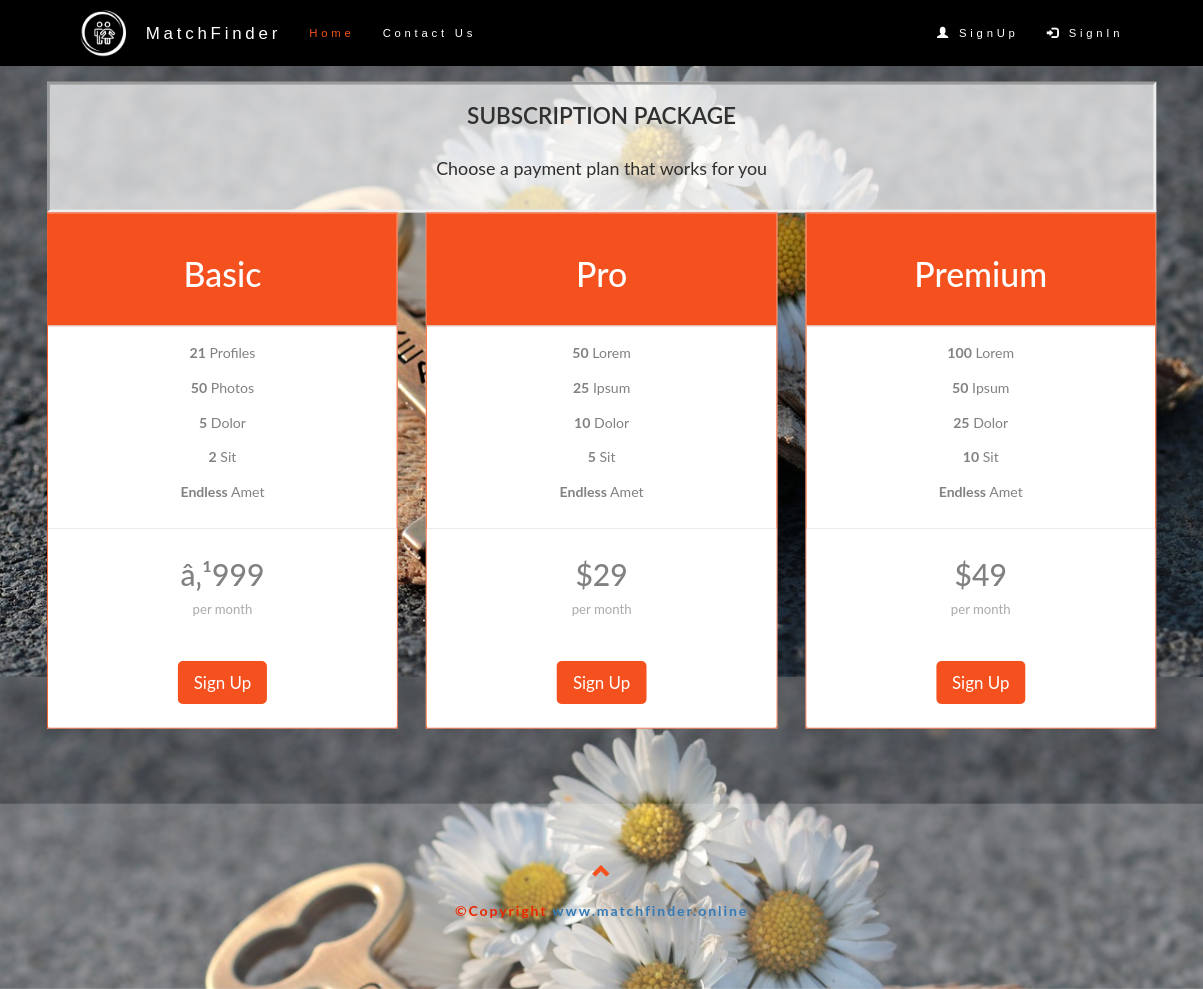
Repository: vibhu95/MatchFinder
Page: http://localhost/MatchFinder/package.jsp
The author's editor kept a copy of each file at every save. The page is drawn from the files as they stood at one save, then again after the next save.
The browser window is 1280 px wide. The pictures show the whole page, at 94% of full size.
Backgrounds fixed to the window are drawn as part of the page. Some web libraries are served in a nearby version. The page is served by Tomcat 9. Other server files are loaded and not shown.

Above is the page before, as saved 2018-01-31 19:43:48.

### workspace/MatchFinder/WebContent/package.jsp
<%@ page language="java" contentType="text/html; charset=ISO-8859-1"
    pageEncoding="ISO-8859-1"%>
    <%@page import="javax.servlet.http.*" %>
<%@page import="com.classes.*" %>
<%@page import="com.controller.*" %>
<%@include file="header.jsp" %>

<!-- Container (Pricing Section) -->
<div id="pricing" class="container-fluid">
  <div style="background-color: rgba(255,255,255,0.7); border-style: inset;" class="text-center">
    <h2>Subscription Package</h2>
    <h4>Choose a payment plan that works for you</h4>
  </div>
  <div class="row slideanim">
    <div class="col-sm-4 col-xs-12">
      <div class="panel panel-default text-center">
        <div class="panel-heading">
          <h1>Basic</h1>
        </div>
        <div class="panel-body">
          <p><strong>21</strong> Profiles</p>
          <p><strong>50</strong> Photos</p>
          <p><strong>5</strong> Dolor</p>
          <p><strong>2</strong> Sit</p>
          <p><strong>Endless</strong> Amet</p>
        </div>
        <div class="panel-footer">
          <h3>₹999</h3>
          <h4>per month</h4>
          <button class="btn btn-lg">Sign Up</button>
        </div>
      </div>
    </div>
    <div class="col-sm-4 col-xs-12">
      <div class="panel panel-default text-center">
        <div class="panel-heading">
          <h1>Pro</h1>
        </div>
        <div class="panel-body">
          <p><strong>50</strong> Lorem</p>
          <p><strong>25</strong> Ipsum</p>
          <p><strong>10</strong> Dolor</p>
          <p><strong>5</strong> Sit</p>
          <p><strong>Endless</strong> Amet</p>
        </div>
        <div class="panel-footer">
          <h3>$29</h3>
          <h4>per month</h4>
          <button class="btn btn-lg">Sign Up</button>
        </div>
      </div>
    </div>
    <div class="col-sm-4 col-xs-12">
      <div class="panel panel-default text-center">
        <div class="panel-heading">
          <h1>Premium</h1>
        </div>
        <div class="panel-body">
          <p><strong>100</strong> Lorem</p>
          <p><strong>50</strong> Ipsum</p>
          <p><strong>25</strong> Dolor</p>
          <p><strong>10</strong> Sit</p>
          <p><strong>Endless</strong> Amet</p>
        </div>
        <div class="panel-footer">
          <h3>$49</h3>
          <h4>per month</h4>
          <button class="btn btn-lg">Sign Up</button>
        </div>
      </div>
    </div>
  </div>
</div>

<%@include file="footer.jsp" %>

### workspace/MatchFinder/WebContent/header.jsp
<%@ page language="java" contentType="text/html; charset=ISO-8859-1"
    pageEncoding="ISO-8859-1"%>
<!DOCTYPE html PUBLIC "-//W3C//DTD HTML 4.01 Transitional//EN" "http://www.w3.org/TR/html4/loose.dtd">
<%@page import="com.classes.*" %>
<%@ page session = "false" %>
<% HttpSession session = request.getSession(false); %>

<!-- header -->
<html lang="en">
<head>
  <title>Match@Finder</title>
  <meta charset="utf-8">
  <meta name="viewport" content="width=device-width, initial-scale=1">
  <link rel="stylesheet" href="https://maxcdn.bootstrapcdn.com/bootstrap/3.3.7/css/bootstrap.min.css">
  <link rel="stylesheet" href="css/style.css">
  <script src="https://ajax.googleapis.com/ajax/libs/jquery/3.2.1/jquery.min.js"></script>
  <script src="https://maxcdn.bootstrapcdn.com/bootstrap/3.3.7/js/bootstrap.min.js"></script>

<style>
#about{
	color: rgb(0,0,0);
	font-size:22;
	font-weight:bold;
}
#copy{
	color:rgb(234,39,0);
	font-size: 32;
	font-weight: bold;
	letter-spacing: 2px;
}
body{
 background: url('pic/11__11.jpg') no-repeat fixed;
  background-size: 100% 100%;
}
footer, #about{
background-color: rgba(255,255,255,0.2);
}
  .container {
      padding: 10px 30px;
  }
  .carousel-inner img {
    //  -webkit-filter: grayscale(90%);
   //  filter: grayscale(90%); /* make all photos black and white */
      width: 100%; /* Set width to 100% */
     margin:auto;
  }
  .carousel-caption h3 {
      color: #fff !important;
  }
    @media (max-width: 600px) {
    .carousel-caption {
      display: none; /* Hide the carousel text when the screen is less than 600 pixels wide */
    }
  }
  #signal{
  	float: right;
  	margin-top: 100px;
  }
  #upload_dp {
    display: none;
    width: 0;
    height: 0;
}
   #dp1:hover {
    opacity: 0.5;
    filter: alpha(opacity=50); /* For IE8 and earlier */
    cursor: pointer;
}

  </style>
  <script>
$(document).ready(function(){
    $("#dp1").click(function(){
        $('#upload_dp').click();
    })
});
</script>

</head>
<body id="myPage" data-spy="scroll" data-target=".navbar" data-offset="60">
<nav class="navbar navbar-inner navbar-fixed-top">
  <div class="container">
    <div class="navbar-header">
    <a href="index.jsp"><img src="pic/logos.png" alt="logo" style="float: left; margin-right: 20px " height="50px" width="50px"></a>
      <a class="navbar-brand" href="index.jsp">MatchFinder</a>
    </div>
    <ul class="nav navbar-nav">
       <li class="active"><a href="index.jsp">Home</a></li>
  <!--    <li class="dropdown"><a class="dropdown-toggle" data-toggle="dropdown" href="#">Page 1 <span class="caret"></span></a>
        <ul class="dropdown-menu">
          <li><a href="#">Page 1-1</a></li>
          <li><a href="#">Page 1-2</a></li>
          <li><a href="#">Page 1-3</a></li>
        </ul>
      </li>   -->
     <%
      if(session!=null)
      { %>
      <li><a href="agent.jsp">Agents</a></li>
      <% } %>
      <li><a href="contact.jsp">Contact Us</a></li>
      </ul>
    <ul class="nav navbar-nav navbar-right">
<script>
function upload(){
	 document.getElementById('upload').submit();
	  }

</script>
      <%
      if(session!=null)
      {
    	  if(session.getAttribute("user")!=null)
    	  {
    	    UserBean user = (UserBean)session.getAttribute("user");
    	    if(user!=null)
    	    {   %>
        <form action="UploadImage" method="post" id="upload" enctype="multipart/form-data">
        <input id="upload_dp" type="file" name="dp" size="chars" onchange="document.getElementById('upload').submit();">
           </form>
      <li style="font-size:20px; margin-top:10px;">
      <%      if(user.getDp()!=null)
               { int id = user.getId(); %>
      <img id="dp1" src="getImage.jsp?id=<%=id %>" class="img-circle" alt="getDp" style="margin-top:5px; margin-right:10px;" width="40px" hieght="40px"></img></li><li><a style="text-decoration:none;" href="profile.jsp?id=<%=user.getId() %>"><%=user.getName() %></a></li>
      <%         }
              else{ %>
    	<img id="dp1" src="pic/businessman_17.png" class="img-circle" alt="DefaultDp" style="margin-top:5px; margin-right:10px;" width="40px" hieght="40px"></img><a style="text-decoration:none;" href="profile.jsp?id=<%=user.getId() %>"><%=user.getName() %></a></li>
      <%         }
             }
      %>
      <li><a href="SignOut"><span class="glyphicon glyphicon-log-in"></span> SignOut</a></li>
      <%  }
      else {%>
    		<li><a href="login/login.jsp"><span class="glyphicon glyphicon-user"></span> SignUp</a></li>
    	      <li><a href="login/login.jsp"><span class="glyphicon glyphicon-log-in"></span> SignIn</a></li>
  <%  } }
    else { %>
    	<li><a href="login/login.jsp"><span class="glyphicon glyphicon-user"></span> SignUp</a></li>
      <li><a href="login/login.jsp"><span class="glyphicon glyphicon-log-in"></span> SignIn</a></li>
      <% } %>
       </ul>
  </div>
</nav>

<!-- Header Closed -->>

### workspace/MatchFinder/WebContent/footer.jsp
<%@ page language="java" contentType="text/html; charset=ISO-8859-1"
    pageEncoding="ISO-8859-1"%>
<!DOCTYPE html PUBLIC "-//W3C//DTD HTML 4.01 Transitional//EN" "http://www.w3.org/TR/html4/loose.dtd">

<!-- Footer Start -->

<footer class="container-fluid text-center">
  <a href="#myPage" title="To Top">
    <span class="glyphicon glyphicon-chevron-up"></span>
  </a>
  <p id="copy">&copyCopyright  <a href="https://www.matchfinder.online" title="Visit MatchFinder">www.matchfinder.online</a></p>
</footer>

<script>
$(document).ready(function(){
  // Add smooth scrolling to all links in navbar + footer link
  $(".navbar a, footer a[href='#myPage']").on('click', function(event) {
    // Make sure this.hash has a value before overriding default behavior
    if (this.hash !== "") {
      // Prevent default anchor click behavior
      event.preventDefault();

      // Store hash
      var hash = this.hash;

      // Using jQuery's animate() method to add smooth page scroll
      // The optional number (900) specifies the number of milliseconds it takes to scroll to the specified area
      $('html, body').animate({
        scrollTop: $(hash).offset().top
      }, 900, function(){

        // Add hash (#) to URL when done scrolling (default click behavior)
        window.location.hash = hash;
      });
    } // End if
  });

  $(window).scroll(function() {
    $(".slideanim").each(function(){
      var pos = $(this).offset().top;

      var winTop = $(window).scrollTop();
        if (pos < winTop + 600) {
          $(this).addClass("slide");
        }
    });
  });
})
</script>

</body>
</html>
<!-- Footer End -->

### workspace/MatchFinder/WebContent/css/style.css
body {
      font: 400 15px Lato, sans-serif;
      line-height: 1.8;
      color: #818181;
  }
  h2 {
      font-size: 24px;
      text-transform: uppercase;
      color: #303030;
      font-weight: 600;
      margin-bottom: 30px;
  }
  h4 {
      font-size: 19px;
      line-height: 1.375em;
      color: #303030;
      font-weight: 400;
      margin-bottom: 30px;
  }
  .jumbotron {
      background-color: #f4511e;
      color: #fff;
      padding: 100px 25px;
      font-family: Montserrat, sans-serif;
  }
  .container-fluid {
      padding: 60px 50px;
  }
  .bg-grey {
      background-color: #f6f6f6;
  }
  .logo-small {
      color: #f4511e;
      font-size: 50px;
  }
  .logo {
      color: #f4511e;
      font-size: 200px;
  }
  .thumbnail {
      padding: 0 0 15px 0;
      border: none;
      border-radius: 0;
  }
  .thumbnail img {
      width: 100%;
      height: 100%;
      margin-bottom: 10px;
  }
  .carousel-control.right, .carousel-control.left {
      background-image: none;
      color: #f4511e;
  }
  .carousel-indicators li {
      border-color: #f4511e;
  }
  .carousel-indicators li.active {
      background-color: #f4511e;
  }
  .item h4 {
      font-size: 19px;
      line-height: 1.375em;
      font-weight: 400;
      font-style: italic;
      margin: 70px 0;
  }
  .item span {
      font-style: normal;
  }
  .panel {
      border: 1px solid #f4511e;
      border-radius:0 !important;
      transition: box-shadow 0.5s;
  }
  .panel:hover {
      box-shadow: 5px 0px 40px rgba(0,0,0, .2);
  }
  .panel-footer .btn:hover {
      border: 1px solid #f4511e;
      background-color: #fff !important;
      color: #f4511e;
  }
  .panel-heading {
      color: #fff !important;
      background-color: #f4511e !important;
      padding: 25px;
      border-bottom: 1px solid transparent;
      border-top-left-radius: 0px;
      border-top-right-radius: 0px;
      border-bottom-left-radius: 0px;
      border-bottom-right-radius: 0px;
  }
  .panel-footer {
      background-color: white !important;
  }
  .panel-footer h3 {
      font-size: 32px;
  }
  .panel-footer h4 {
      color: #aaa;
      font-size: 14px;
  }
  .panel-footer .btn {
      margin: 15px 0;
      background-color: #f4511e;
      color: #fff;
  }
  .navbar {
      margin-bottom: 0;
    //  height: 19%;
    //  background-color: #f4511e;
      background-color: #000;
      z-index: 9999;
      border: 0;
      font-size: 12px !important;
      line-height: 1.42857143 !important;
      letter-spacing: 4px;
      border-radius: 0;
      font-family: Montserrat, sans-serif;
  }
  .navbar li a, .navbar .navbar-brand {
      color: #fff !important;
  }
  .navbar-nav li a:hover, .navbar-nav li.active a {
      color: #f4511e !important;
     // background-color: #fff !important;
  }
  .dropdown-menu {

      background-color: #000 !important;
  }
  .navbar-default .navbar-toggle {
      border-color: transparent;
      color: #fff !important;
  }
  footer .glyphicon {
      font-size: 20px;
      margin-bottom: 20px;
      color: #f4511e;
  }
  .slideanim {visibility:hidden;}
  .slide {
      animation-name: slide;
      -webkit-animation-name: slide;
      animation-duration: 1s;
      -webkit-animation-duration: 1s;
      visibility: visible;
  }
  @keyframes slide {
    0% {
      opacity: 0;
      transform: translateY(70%);
    }
    100% {
      opacity: 1;
      transform: translateY(0%);
    }
  }
  @-webkit-keyframes slide {
    0% {
      opacity: 0;
      -webkit-transform: translateY(70%);
    }
    100% {
      opacity: 1;
      -webkit-transform: translateY(0%);
    }
  }
  @media screen and (max-width: 768px) {
    .col-sm-4 {
      text-align: center;
      margin: 25px 0;
    }
    .btn-lg {
        width: 100%;
        margin-bottom: 35px;
    }
  }
  @media screen and (max-width: 480px) {
    .logo {
        font-size: 150px;
    }
  }

After the next save:
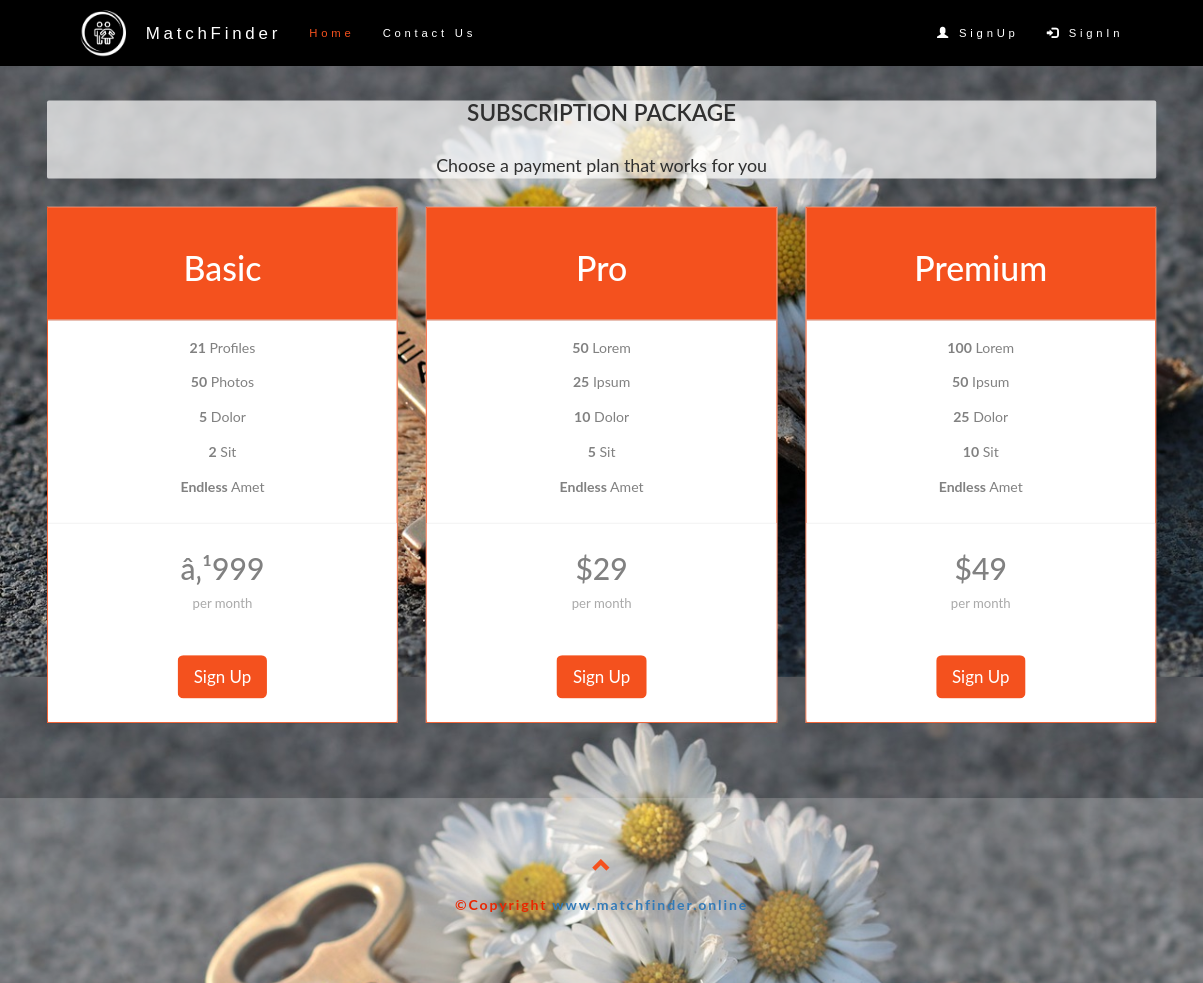
Saved 54 s later.
--- a/workspace/MatchFinder/WebContent/package.jsp
+++ b/workspace/MatchFinder/WebContent/package.jsp
@@ -7,7 +7,7 @@
 
 <!-- Container (Pricing Section) -->
 <div id="pricing" class="container-fluid">
-  <div style="background-color: rgba(255,255,255,0.7); border-style: inset;" class="text-center">
+  <div style="background-color: rgba(255,255,255,0.7); border-radius:2px;" class="text-center">
     <h2>Subscription Package</h2>
     <h4>Choose a payment plan that works for you</h4>
   </div>
